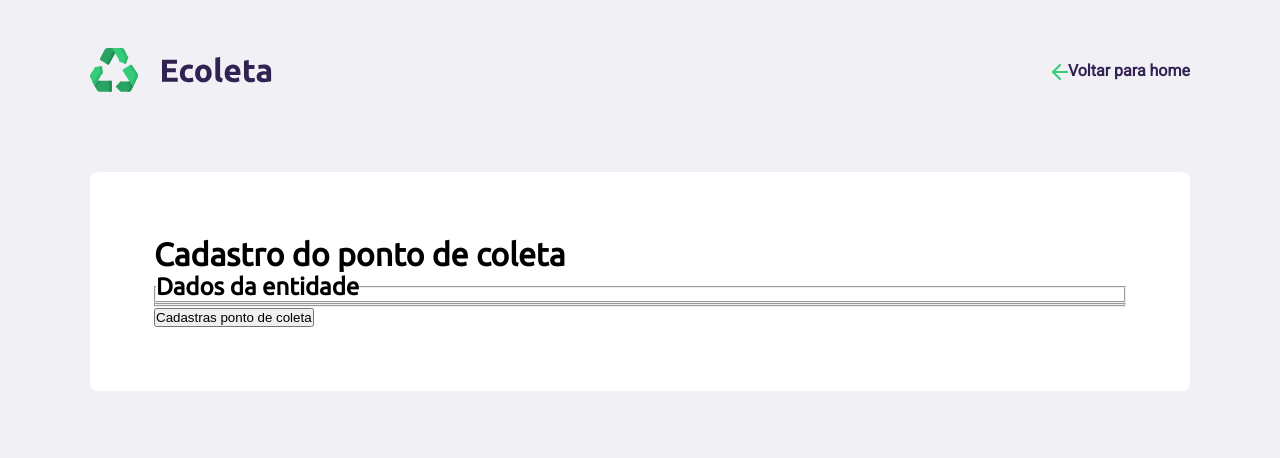
Repository: ivobass/NextLevelWeek
Page: create-point.html
The author's editor kept a copy of each file at every save. The page is drawn from the files as they stood at one save, then again after the next save.
The browser window is 1280 px wide. The pictures show the whole page.

Above is the page before, as saved 2020-06-02 23:16:03.

After the next save:
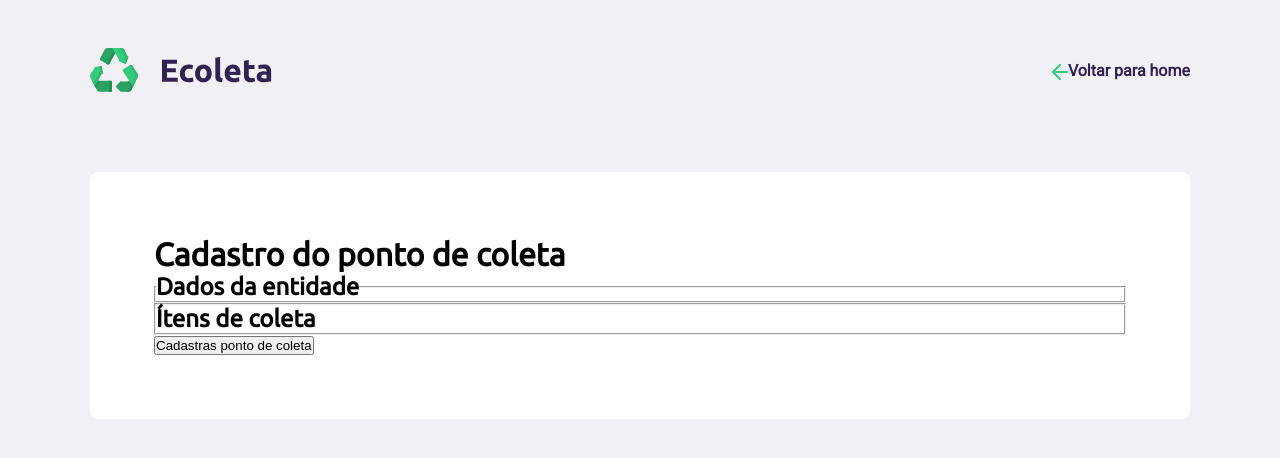
Saved 25 s later.
--- a/create-point.html
+++ b/create-point.html
@@ -36,7 +36,7 @@
             </fieldset>
 
             <fieldset>
-
+                <h2>Ítens de coleta</h2>
 
             </fieldset>
 
